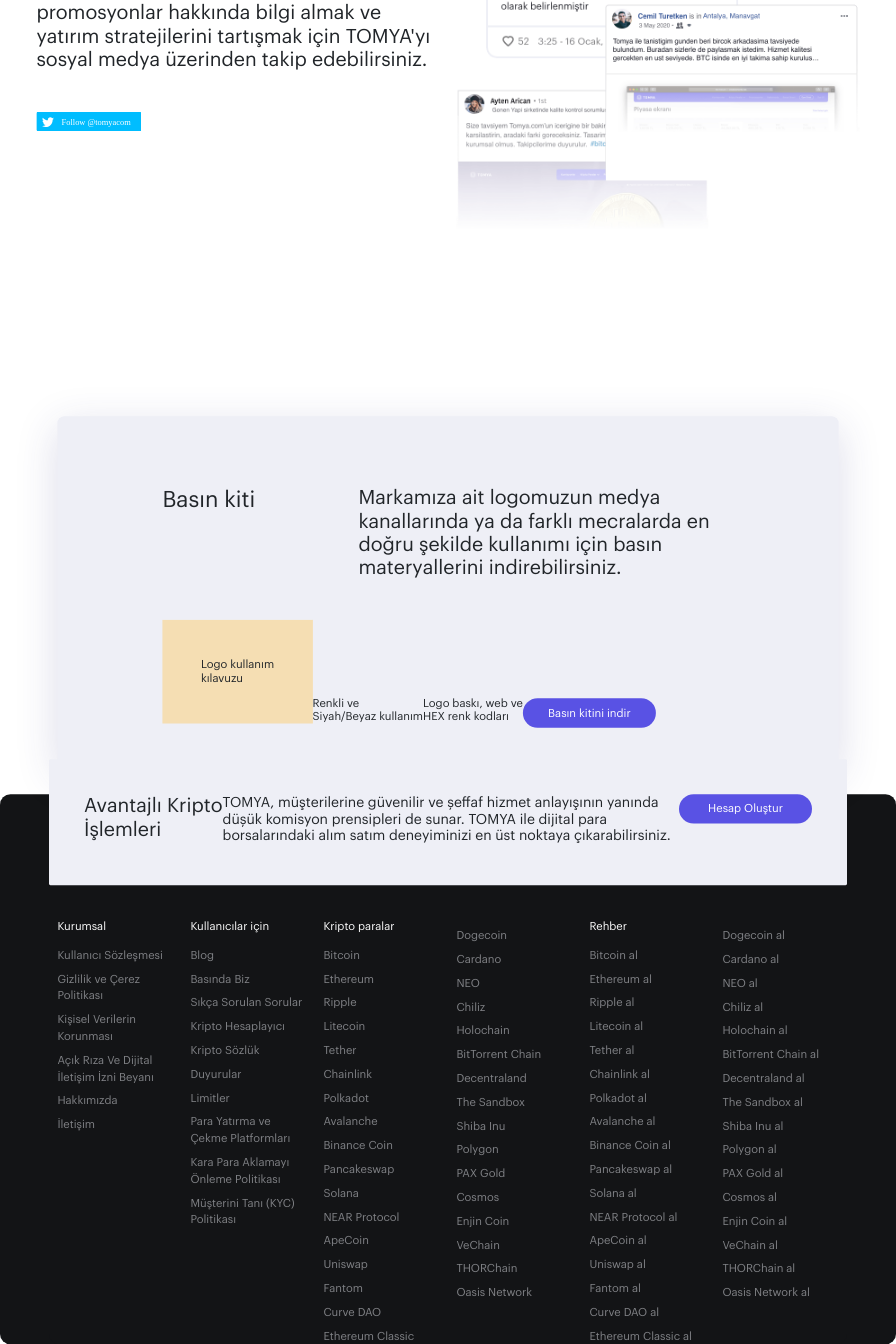
Repository: ezgibayrakli/TomyaProje
Page: index copy.html
An editor plug-in stored every save of this project. The page is shown before and after a run of saves, followed by the edit.
The browser window is 1280 px wide. The pictures show the part of the page from y = 2792 to 4712 px (the page is 4712 px tall), at 70% of full size.
Some web fonts or font styles are not loaded; a fallback is used.

Above is the page before, as saved 2023-07-07 12:03:55.

After the next 3 saves:
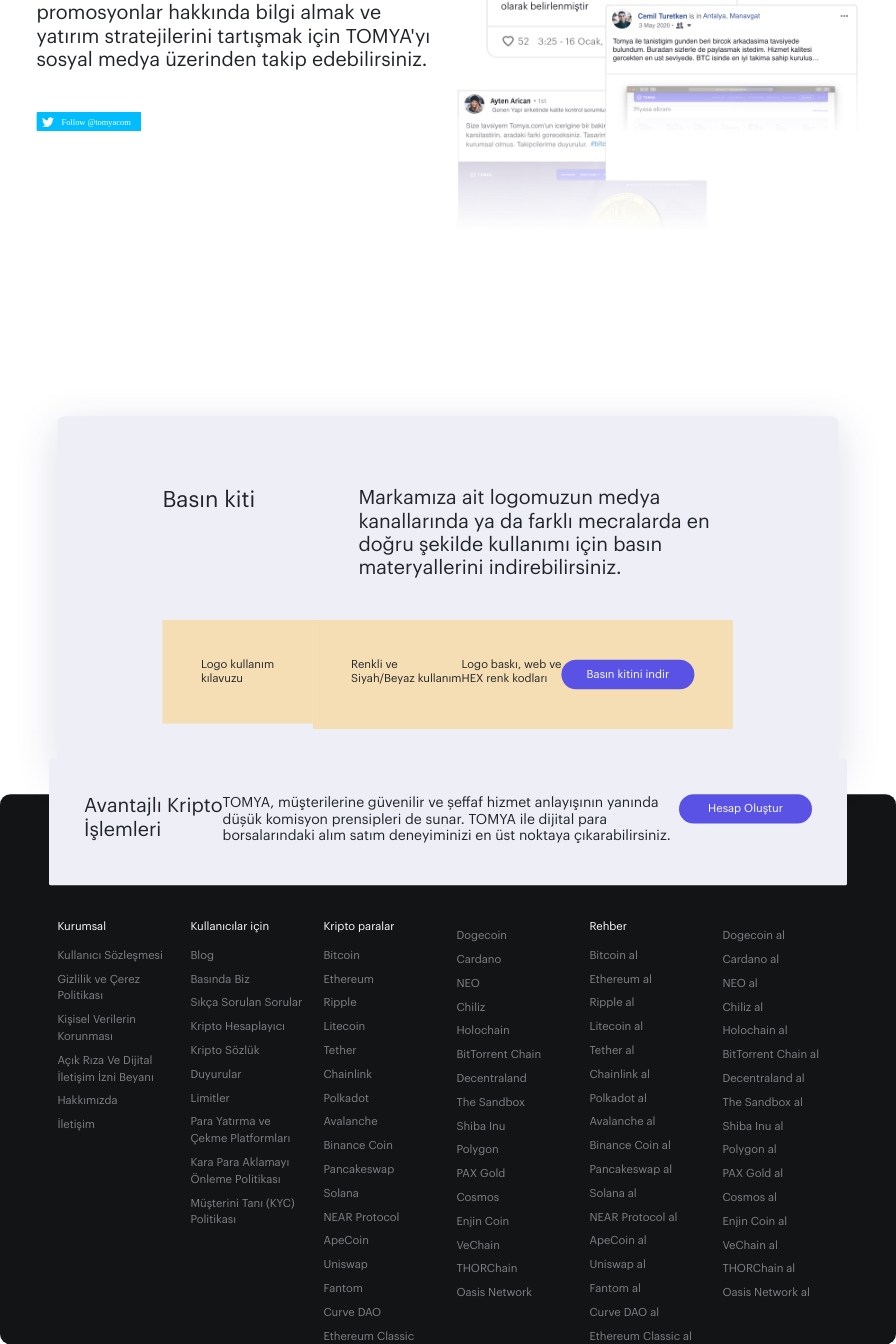
The 3 saves are shown as one change because they came seconds apart.
The last was saved 10 s later.
--- a/index copy.html
+++ b/index copy.html
@@ -181,7 +181,8 @@
                             <h6 style="padding: 55px;
                             background: wheat;">Logo kullanım <br class="d-md-block d-none">kılavuzu</h6>
                         </div>
-                        <div  class="mediakit ml-lg-1 mt-lg-0 mt-1 d-flex justify-content-between align-items-start flex-column"><span class="svgicon d-md-block d-none" data-url="assets/img/subpages/sub/mediaset.svg"></span>
+                        <div  class="mediakit ml-lg-1 mt-lg-0 mt-1 d-flex justify-content-between align-items-start flex-column" style="padding: 55px;
+                        background: wheat;"><span class="svgicon d-md-block d-none" data-url="assets/img/subpages/sub/mediaset.svg"></span>
                             <div  class="d-md-flex w-100 align-items-center"><h6  class="mr-5" style="">Renkli ve <br>Siyah/Beyaz kullanım</h6>
                                 <span class="svgicon d-md-none d-block mt-3" data-url=""></span><h6 class="last">Logo baskı, web ve <br>HEX renk kodları</h6><a class="btn btn-outline-success py-0_22 small d-inline-block ml-auto mt-lg-0 mt-7" href="assets/basin-kiti/Tomya-Kurumsal.zip">Basın kitini indir</a>
                             </div>
